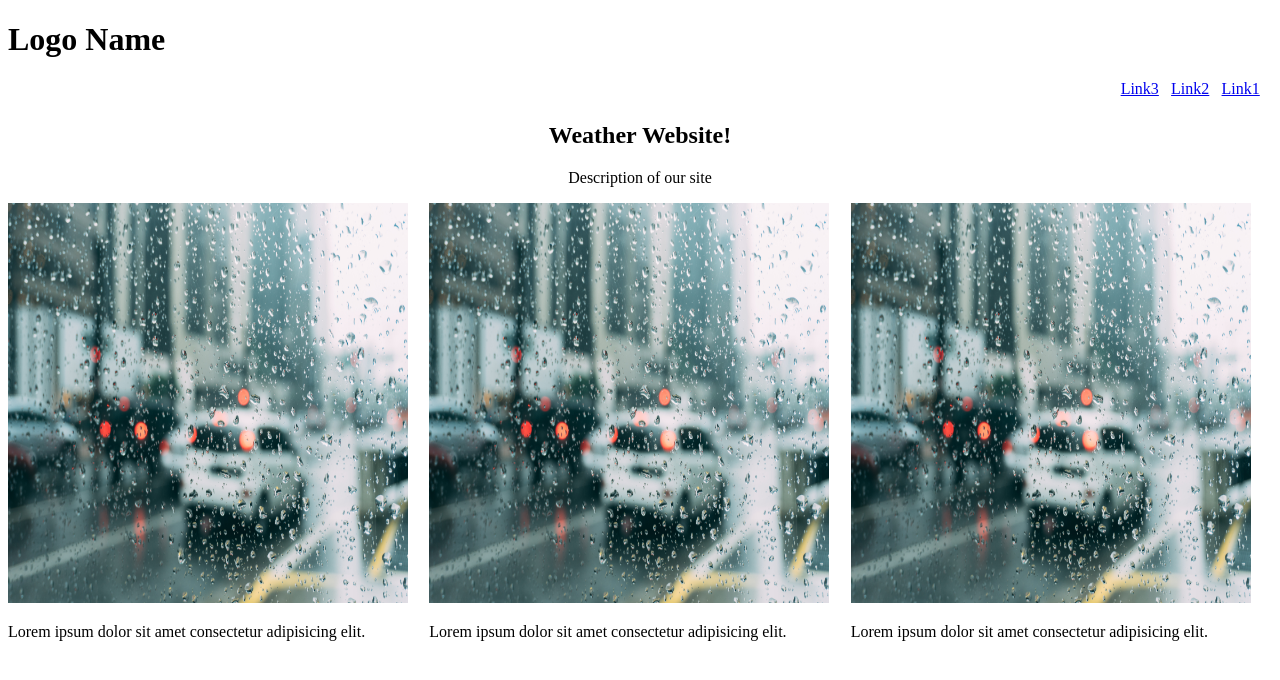
Repository: aaron1986/Breakout2_group_code
Page: index.html
An editor plug-in stored every save of this project. The page is shown before and after the next save, followed by the edit.
The browser window is 1280 px wide. The pictures show the whole page.

Above is the page before, as saved 2023-09-13 09:29:43.

After the next save:
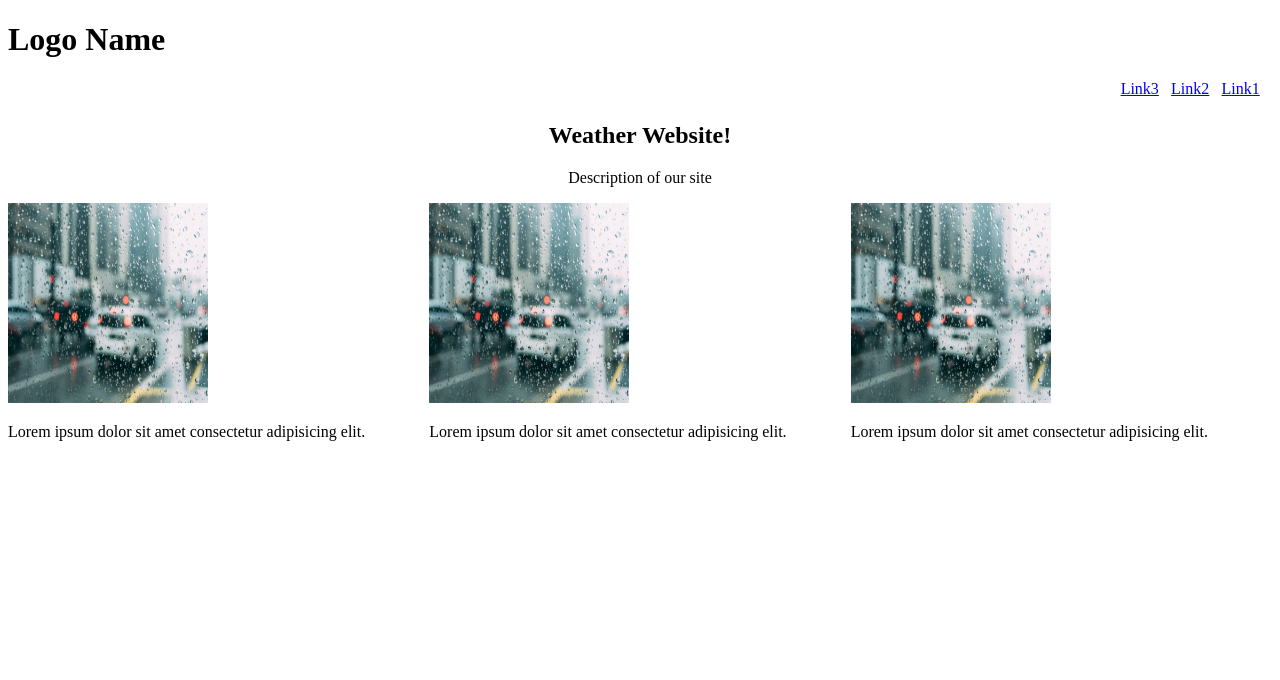
Saved 39 s later.
--- a/style.css
+++ b/style.css
@@ -27,6 +27,6 @@ h2 {
 
 img {
 
-    width: 400px;
-    height: 400px;
+    width: 200px;
+    height: 200px;
 }
